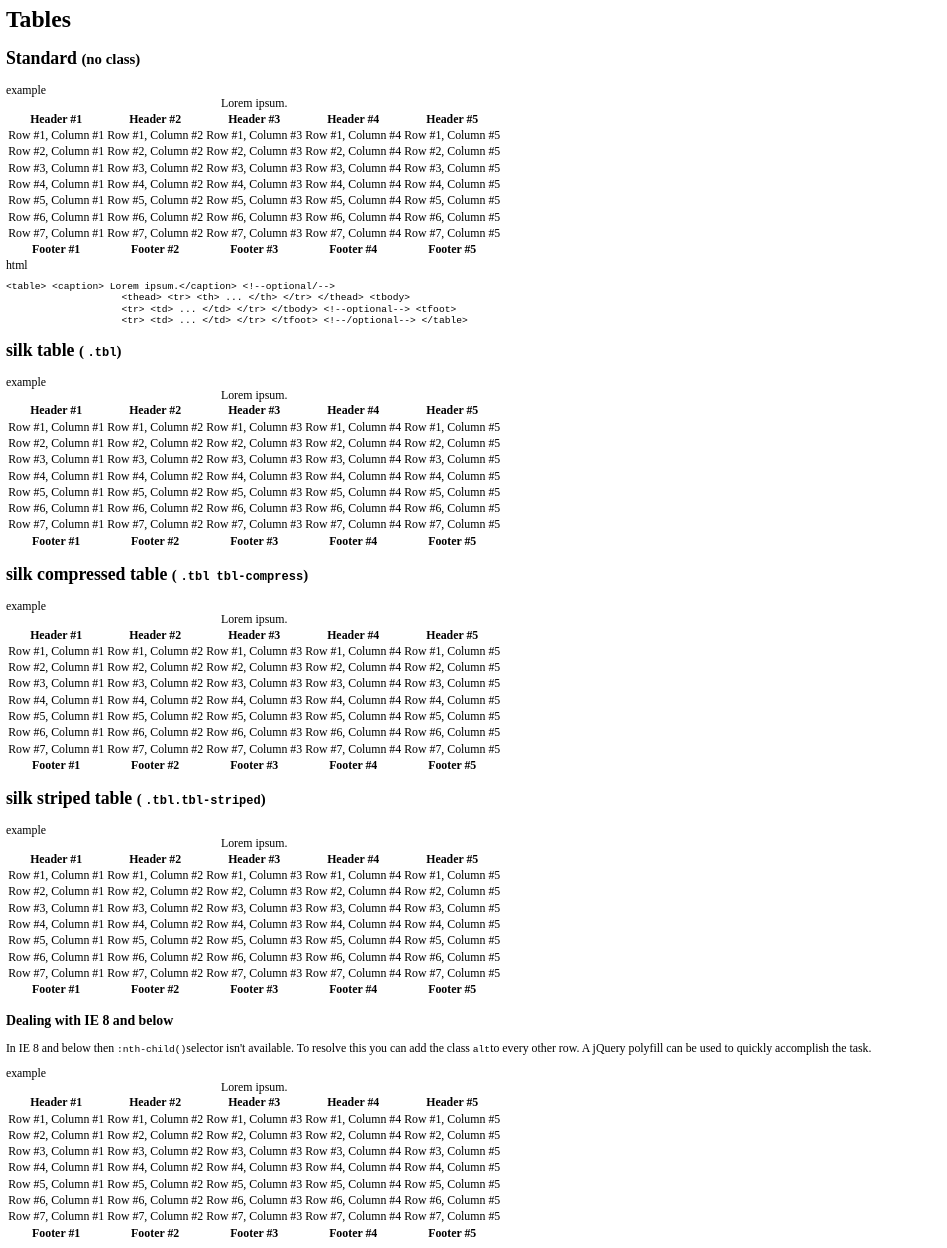
Repository: sympolinc/silk
Page: http://localhost/views/tables.php
The author's editor kept a record of every edit. The page is drawn from the files as they stood at one moment, then again after the next edit.
The browser window is 1280 px wide. The pictures show the whole page, at 74% of full size.
The page is run by PHP 8.4 with error messages shown; the project is at /var/www/html/.

Above is the page before.

After the next edit:
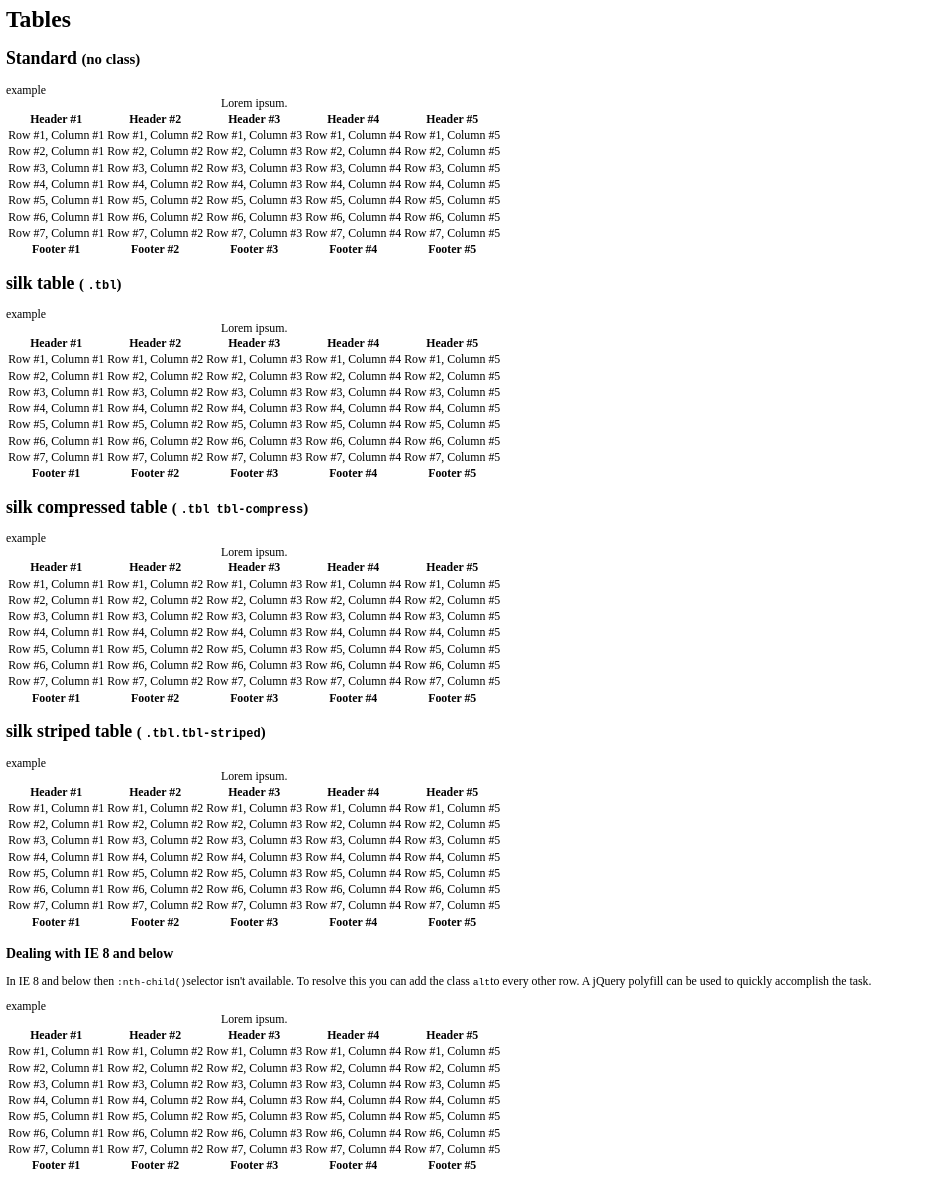
The edit:
--- a/views/tables.php
+++ b/views/tables.php
@@ -78,13 +78,6 @@
                     </tr>
                 </tfoot>
             </table>
-            <div class="silk-example example">
-                <span class="lang">html</span>
-                <pre class="prettyprint lang-html">&lt;table> &lt;caption> Lorem ipsum.&lt;/caption> &lt;!--optional/-->
-                    &lt;thead> &lt;tr> &lt;th> ... &lt;/th> &lt;/tr> &lt;/thead> &lt;tbody>
-                    &lt;tr> &lt;td> ... &lt;/td> &lt;/tr> &lt;/tbody> &lt;!--optional--> &lt;tfoot>
-                    &lt;tr> &lt;td> ... &lt;/td> &lt;/tr> &lt;/tfoot> &lt;!--/optional--> &lt;/table></pre>
-            </div>
         </div>
     </div>
     <div class="section">
